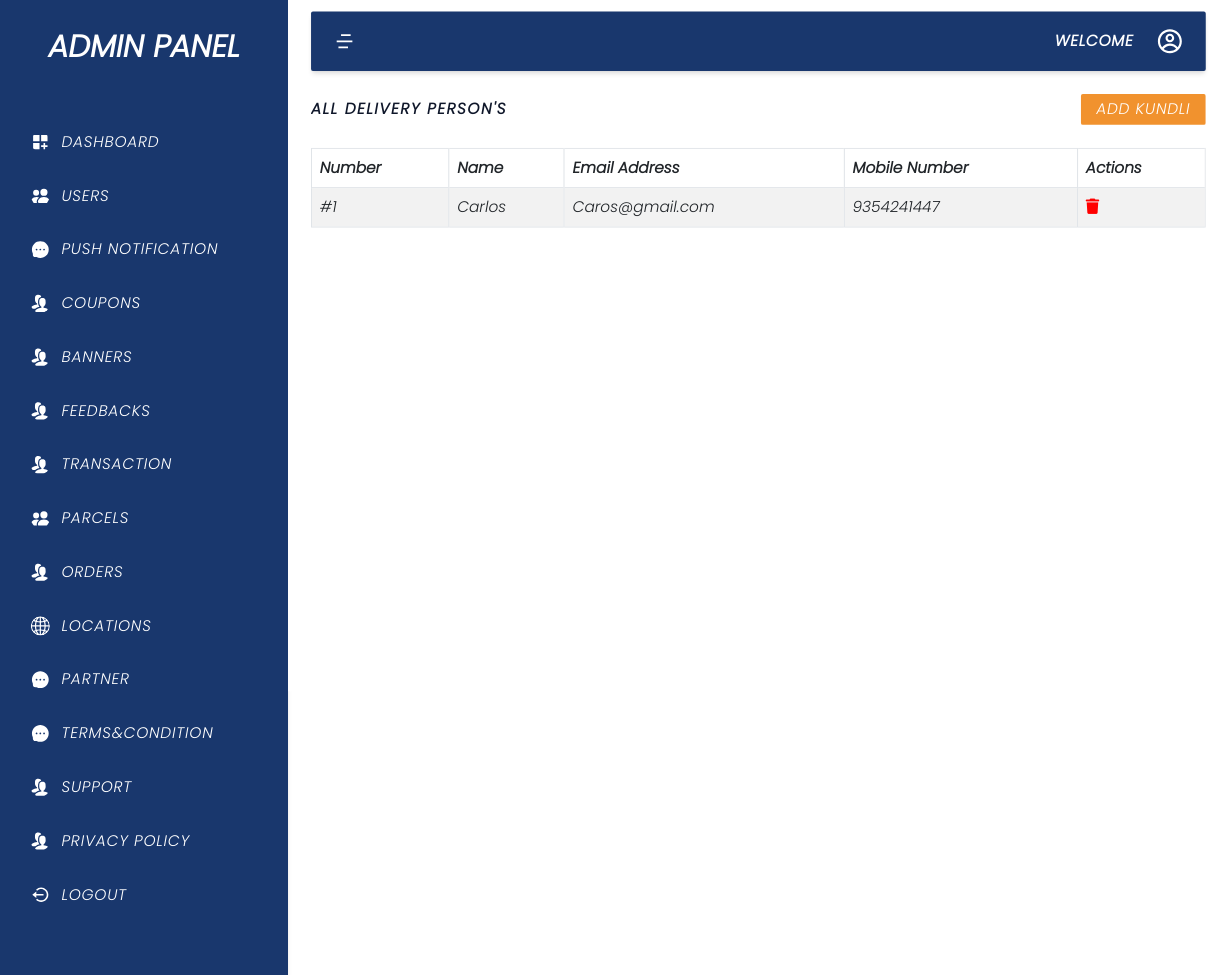
Repository: FlyweisReact/sarita
Page: /kundli
The author's editor kept a copy of each file at every save. The page is drawn from the files as they stood at one save, then again after a run of saves.
The browser window is 1280 px wide. The pictures show the whole page, at 96% of full size.
Some web libraries are served in a nearby version. The project was rebuilt for these pictures with package versions that can differ from the ones it lists, and the page was loaded fresh each time. Also part of the build but not shown: src/vendorPanel/forms/VendorLogin.jsx, src/vendorPanel/pages/AdminDiscount.js, src/vendorPanel/pages/AdminReview.js, src/vendorPanel/pages/Astrologers.js, src/vendorPanel/pages/Banners.js, src/vendorPanel/pages/Booking.js, src/vendorPanel/pages/Horoscope.js, src/vendorPanel/pages/Message.js and 8 more.

Above is the page before, as saved 2023-04-19 13:13:35.

### public/index.html
<!-- @format -->

<!DOCTYPE html>
<html lang="en">
  <head>
    <meta charset="utf-8" />
    <meta name="viewport" content="width=device-width, initial-scale=1" />
    <meta name="theme-color" content="#000000" />
    <meta
      name="description"
      content="Web site created using create-react-app"
    />
    <link rel="apple-touch-icon" href="%PUBLIC_URL%/favicon.ico?v=2" />
    <link rel="manifest" href="%PUBLIC_URL%/manifest.json" />
    <link rel="preconnect" href="https://fonts.googleapis.com">
<link rel="preconnect" href="https://fonts.gstatic.com" crossorigin>
<link href="https://fonts.googleapis.com/css2?family=Roboto+Mono:ital,wght@1,300&display=swap" rel="stylesheet">
    <title>Ship24*7</title>
  </head>
  <body>
    <noscript>You need to enable JavaScript to run this app.</noscript>
    <div id="root"></div>
    <script src="https://code.jquery.com/jquery-3.6.0.min.js"></script>
    <script src="https://kit.fontawesome.com/b533b351e4.js" crossorigin="anonymous"></script>
  </body>
</html>

### src/index.js
import React from "react";
import ReactDOM from "react-dom/client";
import "./index.css";
import App from "./App";
import { BrowserRouter } from "react-router-dom";
import 'bootstrap/dist/css/bootstrap.min.css'

const root = ReactDOM.createRoot(document.getElementById("root"));
root.render(
  <React.StrictMode>
    <BrowserRouter>
      <App />
    </BrowserRouter>
  </React.StrictMode>
);

### src/index.css
/** @format */

@tailwind base;
@tailwind components;
@tailwind utilities;
@import url("https://fonts.googleapis.com/css2?family=Roboto+Mono:ital,wght@1,300&display=swap");
@font-face {
  font-family: Roboto;
  src: url("./Fonts/Poppins-LightItalic.ttf");
}
body {
  margin: 0;
  font-family: Roboto !important;
  -webkit-font-smoothing: antialiased;
  -moz-osx-font-smoothing: grayscale;
}

code {
  font-family: Roboto !important;
}

html {
  font-family: Roboto !important;
}

::-webkit-scrollbar {
  width: 10px;
}
.fa-trash {
  color: red;
  cursor: pointer;
}

.iCOn {

  transition: 0.5s;
  box-shadow: none;
  transform: scale(1);
}
.cardDiv{
  cursor: pointer;
}

.cardDiv:hover .iCOn{
  box-shadow: rgba(0, 0, 0, 0.35) 0px 5px 15px;
  transform: scale(1.3);
}

/* Track */
::-webkit-scrollbar-track {
  background: #f1f1f1;
}

/* Handle */
::-webkit-scrollbar-thumb {
  background: #888;
}

/* Handle on hover */
::-webkit-scrollbar-thumb:hover {
  background: #555;
}
.profileImage {
  width: 100px;
}
.fa-eye {
  color: #029aff;
  cursor: pointer;
}
.fa-edit {
  cursor: pointer;
  color: blue;
}

.View {
  border: 1px solid black;
  width: 100%;
  padding: 10px;
}

.main-card--container {
  display: grid;
  grid-template-columns: repeat(3, minmax(300px, 500px));
  grid-gap: 50px;
  justify-content: space-around;
}
.card-container {
  margin: 25px 0 auto;
  box-shadow: rgba(0, 0, 0, 0.35) 0px 5px 15px;
  position: relative;
  display: grid;
  grid-template-columns: 1fr;
  justify-content: space-around;
  align-items: flex-start;
}

.myEdit:focus {
  box-shadow: rgba(0, 0, 0, 0.35) 0px 5px 15px;
}



.AstroLogin{
  color: #fff;
  background-color: #2b7a8e;
  padding: 10px;
  width: 380px;
  text-align: center;
  font-size: 20px;
  background: linear-gradient(to left, #2b7a8e 50%, #fff 50%) right;
  background-size: 200%;
  transition: 0.5s ease-out;
  border: 1px solid #2b7a8e;
  margin-top: 10px;
  text-transform: uppercase;
}
.AstroLogin:hover {
  background-position: left;
  color: #2b7a8e;
}

.EcommerceAdminLogin{
  color: #fff;
  background-color: #19376d ;
  padding: 10px;
  width: 380px;
  text-align: center;
  font-size: 20px;
  background: linear-gradient(to left, #19376d 50%, #fff 50%) right;
  background-size: 200%;
  transition: 0.5s ease-out;
  border: 1px solid #19376d;
  margin-top: 10px;
  text-transform: uppercase;
}

.EcommerceAdminLogin:hover{
  background-position: left;
  color: #19376d;
}
.EcommerceVendorLogin{
  color: #fff;
  background-color: #576cbc;
  padding: 10px;
  width: 380px;
  text-align: center;
  font-size: 20px;
  background: linear-gradient(to left, #576cbc 50%, #fff 50%) right;
  background-size: 200%;
  transition: 0.5s ease-out;
  border: 1px solid #576cbc;
  margin-top: 10px;
  text-transform: uppercase;
}

.EcommerceVendorLogin:hover{
  background-position: left;
  color: #576cbc;
}

.view{
  background-color: #2196f3;
  color: #fff;
  width: 50%;
  padding: 5px;
}


.two-sec{
display:flex;
justify-content: space-evenly;
  justify-content: space-evenly;
}
.two-sec .left{
  width: 60%;
  background-color: #f6f1ef;
  padding: 20px;
 }
 .two-sec .left .head{
  font-size: 25px;
  font-weight: bold;
 }



.two-sec .right{
  width: 30%;
  background-color: #f6f1ef;
 }

 .searchDiv{
  width: 100%;
  display: flex;
  gap: 10px;
  border: 1px solid rgb(179, 179, 179);
  padding: 10px;
  margin-bottom: 20px;
  align-items: center;
 }
 .searchDiv input {
  width: 94%;
  outline: none;
  border: none;
 }

### src/App.js
/** @format */

import { Routes, Route } from "react-router-dom";
import { ToastContainer } from "react-toastify";
import "react-toastify/dist/ReactToastify.css";
import VendorLogin from "./vendorPanel/forms/VendorLogin";
import AdminDiscount from "./vendorPanel/pages/AdminDiscount";
import AdminReview from "./vendorPanel/pages/AdminReview";
import Astrologers from "./vendorPanel/pages/Astrologers";
import Banners from "./vendorPanel/pages/Banners";
import Booking from "./vendorPanel/pages/Booking";
import Horoscope from "./vendorPanel/pages/Horoscope";
import Kundli from "./vendorPanel/pages/Kundli";
import Message from "./vendorPanel/pages/Message";
import UploadDocs from "./vendorPanel/pages/UploadDocs";
import Users from "./vendorPanel/pages/Users";
import VendorDashboard from "./vendorPanel/pages/VendorDashboard.jsx";
import AdminUsers from "./vendorPanel/pages/AdminUsers";
import AdminBlogs from "./vendorPanel/pages/AdminBlogs";
import AdminCategory from "./vendorPanel/pages/AdminCategory";
import Support from "./vendorPanel/pages/Support";
import AdminTerms from "./vendorPanel/pages/AdminTerms";

function App() {
  return (
    <>
      <ToastContainer />

      <Routes>
        <Route path="/" element={<VendorLogin />} />
        <Route path="/vendorDashboard" element={<VendorDashboard />} />
        <Route path="/msg" element={<Message />} />
        <Route path="/admin/users" element={<AdminUsers />} />
        <Route path="/AdminDiscount" element={<AdminDiscount />} />
        <Route path="/Banners" element={<Banners />} />
        <Route path="/adminReviews" element={<AdminReview />} />

        <Route path="/admin/blogs" element={<AdminBlogs />} />
        <Route path="/book" element={<Booking />} />

        <Route path="/horo" element={<Horoscope />} />
        <Route path="/astro" element={<Astrologers />} />
        <Route path="/kundli" element={<Kundli />} />



        <Route path="/uploadDocs" element={<UploadDocs />} />
        <Route path="/privacy-policy" element={<Users />} />
        <Route path="/admin/category" element={<AdminCategory />} />
        <Route path="/admin/support" element={<Support />} />
        <Route path="/admin/terms" element={<AdminTerms />} />

      </Routes>
    </>
  );
}

export default App;

### src/vendorPanel/pages/Kundli.js
/** @format */

import React, { useState } from "react";
import { Table, Modal, Form, Button } from "react-bootstrap";
import { toast } from "react-toastify";
import HOC from "../layout/HOC";

const Kundli = () => {
  const [modalShow, setModalShow] = React.useState(false);

  const [open, setOpen] = useState(false);

  function MyVerticallyCenteredModal(props) {
    return (
      <Modal
        {...props}
        size="lg"
        aria-labelledby="contained-modal-title-vcenter"
        centered
      >
        <Modal.Header closeButton>
          <Modal.Title id="contained-modal-title-vcenter">
            Add Kundli
          </Modal.Title>
        </Modal.Header>
        <Modal.Body>
          <Form>
            <Form.Select aria-label="Default select example" className="mb-3">
              <option>Open to select user</option>
              <option value="">User</option>
              <option value="">User2</option>
            </Form.Select>

            <Form.Group className="mb-3">
              <Form.Label>Kundli</Form.Label>
              <Form.Control type="file" required />
            </Form.Group>

            <Button variant="outline-success" type="submit">
              Submit
            </Button>
          </Form>
        </Modal.Body>
      </Modal>
    );
  }

  function ViewDocument(props) {
    return (
      <Modal
        {...props}
        aria-labelledby="contained-modal-title-vcenter"
        centered
      >
        <Modal.Header closeButton style={{ borderBottom: "0" }}></Modal.Header>
        <Modal.Body>
          <img
            src={"https://www.astrosage.com/kundli/images/kundali.jpg"}
            alt=""
            style={{ width: "100%" }}
          />
        </Modal.Body>
      </Modal>
    );
  }

  return (
    <>
      <MyVerticallyCenteredModal
        show={modalShow}
        onHide={() => setModalShow(false)}
      />
      <ViewDocument show={open} onHide={() => setOpen(false)} />

      <section>
        <div className="pb-4 sticky top-0  w-full flex justify-between items-center bg-white">
          <span className="tracking-widest text-slate-900 font-semibold uppercase ">
            All Delivery Person's
          </span>
          <button
            onClick={() => {
              setModalShow(true);
            }}
            className="md:py-2 px-3 md:px-4 py-1 rounded-sm bg-[rgb(241,146,46)] text-white tracking-wider uppercase"
          >
            Add Kundli
          </button>
        </div>

        <Table striped bordered hover>
          <thead>
            <tr>
              <th>Number</th>
              <th>Name</th>
              <th>Email Address</th>
              <th> Mobile Number   </th>
              <th>Actions</th>
            </tr>
          </thead>
          <tbody>
            <tr>
              <td>#1</td>
              <td>Carlos</td>
              <td>Caros@gmail.com</td>
              <td>9354241447</td>

              <td>
                <i className="fa-solid fa-trash" />
              </td>
            </tr>
          </tbody>
        </Table>
      </section>
    </>
  );
};

export default HOC(Kundli);

### src/vendorPanel/layout/HOC.jsx
import React, { useState } from "react";
import Navbar from "./Navbar";
import Sidebar from "./Sidebar";

const HOC = (Wcomponenet) => {
  return function Component() {
    const [hamb, setHamb] = useState(false);
    return (
      <>
        <section className="flex overflow-x-hidden relative">
          {/* Sidebar */}
          <div
            className={
              hamb
                ? " absolute top-0 z-30 md:w-auto shadow-md bg-slate-200  w-60 transition-all md:-left-full left duration-150  h-auto overflow-y-auto  left-0 "
                : " md:w-72 z-30 bg-slate-200  shadow-md  md:static absolute top-0 -left-full   transition-all duration-150  overflow-y-auto h-auto"
            }
            style={{minWidth : '300px'}}
          >
            <Sidebar hamb={hamb} setHamb={setHamb} />
          </div>
          {/* Components & Navbar */}
          <div
            className={
              hamb
                ? " transition-all px-4 py-2  bg-white duration-150 w-full h-screen"
                : " w-full h-screen  px-4 py-2  bg-white z-50 transition-all duration-150 "
            }
          >
            <Navbar hamb={hamb} setHamb={setHamb} />
            <div className="my-6 text-#000 h-[87%] wcomp overflow-y-auto">
              <Wcomponenet />
            </div>
          </div>
        </section>
      </>
    );
  };
};

export default HOC;

### src/vendorPanel/layout/Navbar.jsx
/** @format */

import { RiMenu4Line } from "react-icons/ri";
import { CgProfile } from "react-icons/cg";
import Form from "react-bootstrap/Form";
import { useState } from "react";
import Button from "react-bootstrap/Button";
import Modal from "react-bootstrap/Modal";
import Container from "react-bootstrap/Container";

function MyVerticallyCenteredModal(props) {
  return (
    <Modal
      {...props}
      size="lg"
      aria-labelledby="contained-modal-title-vcenter"
      centered
    >
      <Modal.Header closeButton>
        <Modal.Title id="contained-modal-title-vcenter">
          Edit Profile
        </Modal.Title>
      </Modal.Header>
      <Modal.Body>
        <Container style={{ width: "600px" }}>
          <Form>
            <Form.Group className="mb-3" controlId="formBasicEmail">
              <Form.Label>Name</Form.Label>
              <Form.Control type="text" placeholder="Admin" />
            </Form.Group>
            <Form.Group className="mb-3" controlId="formBasicPassword">
              <Form.Label>Email Address</Form.Label>
              <Form.Control type="email" placeholder="admin@gmail.com" />
            </Form.Group>
            <Form.Group className="mb-3" controlId="formBasicPassword">
              <Form.Label>Password</Form.Label>
              <Form.Control type="password" placeholder="Password" />
            </Form.Group>
            <Button
              style={{ backgroundColor: "#19376d", borderRadius: "0" }}
              type="submit"
            >
              Edit
            </Button>
          </Form>
        </Container>
      </Modal.Body>
    </Modal>
  );
}

const Navbar = ({ hamb, setHamb }) => {
  const [modalShow, setModalShow] = useState(false);

  return (
    <>
      <MyVerticallyCenteredModal
        show={modalShow}
        onHide={() => setModalShow(false)}
      />

      <div
        className={
          hamb
            ? "flex  w-full justify-between  my-1 rounded-sm  p-4 py-3 shadow-md items-center  bg-slate-200 space-x-4"
            : "flex  w-full justify-between my-1 rounded-sm  p-4 py-3 shadow-md items-center  bg-slate-200 space-x-4"
        }
        style={{ backgroundColor: "#19376d" }}
      >
        <RiMenu4Line
          onClick={() => setHamb(!hamb)}
          className="text-2xl font-bold text-gray-900 hover:scale-90 cursor-pointer"
          style={{ color: "#fff" }}
        />

        <section className="flex sm:ml-auto justify-end sm:w-full items-center space-x-2  pr-2">
          <figcaption className="tracking-wider pl-1 font-semibold">
            <div
              className="lg:text-base text-sm text-gray-900  uppercase"
              style={{ color: "#fff" }}
            >
              Welcome
            </div>
          </figcaption>
        </section>

        <CgProfile
          onClick={() => setModalShow(true)}
          className="text-2xl sm:text-3xl font-bold text-[rgb(241,146,46)] cursor-pointer"
          style={{ color: "#fff" }}
        />
      </div>
    </>
  );
};

export default Navbar;

### src/vendorPanel/layout/Sidebar.jsx
/** @format */

import React from "react";
import { RiCloseLine } from "react-icons/ri";
import { Link, useNavigate } from "react-router-dom";
import { BsFillPeopleFill } from "react-icons/bs";
import { ImUsers } from "react-icons/im";
import { BiLogOutCircle } from "react-icons/bi";
import { MdDashboardCustomize } from "react-icons/md";
import { BsGlobe2 } from "react-icons/bs";
import { AiFillMessage } from "react-icons/ai";

const Sidebar = ({ hamb, setHamb }) => {
  const navigate = useNavigate();

  const nav = [
    {
      icon: <MdDashboardCustomize className="text-xl mr-3 rounded-full " />,
      link: "/vendorDashboard",
      name: "DASHBOARD",
    },
    {
      icon: <BsFillPeopleFill className="text-xl mr-3 rounded-full " />,
      link: "/admin/users",
      name: "USERS",
    },
    {
      icon: <AiFillMessage className="text-xl mr-3 rounded-full " />,
      link: "/msg",
      name: "Push NOTIFICATION",
    },
    {
      icon: <ImUsers className="text-xl mr-3 rounded-full " />,
      link: "/AdminDiscount",
      name: "COUPONS",
    },
    {
      icon: <ImUsers className="text-xl mr-3 rounded-full " />,
      link: "/Banners",
      name: "BANNERS",
    },
    {
      icon: <ImUsers className="text-xl mr-3 rounded-full " />,
      link: "/adminReviews",
      name: "FEEDBACKS",
    },
    {
      icon: <ImUsers className="text-xl mr-3 rounded-full " />,
      link: "/admin/blogs",
      name: "Transaction",
    },
    {
      icon: <BsFillPeopleFill className="text-xl mr-3 rounded-full " />,
      link: "/astro",
      name: "Parcels",
    },

    {
      icon: <ImUsers className="text-xl mr-3 rounded-full " />,
      link: "/book",
      name: "Orders",
    },



    {
      icon: <BsGlobe2 className="text-xl mr-3 rounded-full " />,
      link: "/horo",
      name: "Locations",
    },
    {
      icon: <AiFillMessage className="text-xl mr-3 rounded-full " />,
      link: "/kundli",
      name: "Partner",
    },









    {
      icon: <AiFillMessage className="text-xl mr-3 rounded-full " />,
      link: "/admin/terms",
      name: "TERMS&CONDITION",
    },
    {
      icon: <ImUsers className="text-xl mr-3 rounded-full " />,
      link: "/admin/support",
      name: "SUPPORT",
    },
    {
      icon: <ImUsers className="text-xl mr-3 rounded-full " />,
      link: "/privacy-policy",
      name: "PRIVACY POLICY",
    },

  ];

  const logOut = () => {
    navigate("/");
  };

  return (
    <>
      <aside
        className="p-4 h-auto"
        style={{ backgroundColor: "#19376d", minHeight: "100vh" }}
      >
        {/* Top */}
        <div className="w-full md:hidden relative  p-2 mb-4">
          <RiCloseLine
            onClick={() => setHamb(!hamb)}
            className="text-3xl  absolute top-2 sm:hover:rotate-[228deg] transition-transform font-bold right-2 sm:hover:text-[22px] text-[rgb(241,146,46)] cursor-pointer"
          />
        </div>{" "}
        <figure className="flex  flex-col items-center">
          <span className="font-bold text-[#fff]" style={{ fontSize: "2rem"  , textAlign : 'center'}}>
            ADMIN PANEL
          </span>
        </figure>
        <nav className="py-6">
          {nav.map((nav) => {
            return (
              <Link
                to={nav.link}
                key={nav.name}
                className=""
                style={{ textDecoration: "none"  , textTransform : 'uppercase'}}
              >
                <span
                  className="flex my-3 items-center cursor-pointer text-gray-900    tracking-wider p-2 rounded-sm"
                  style={{ color: "#fff" }}
                >
                  {nav.icon} {nav.name}
                </span>
              </Link>
            );
          })}
          <span
            className="flex my-3 items-center cursor-pointer text-gray-900    tracking-wider p-2 rounded-sm"
            onClick={() => logOut()}
            style={{ color: "#fff", textTransform : 'uppercase' }}
          >
            <BiLogOutCircle className="text-xl mr-3 rounded-full " /> LogOut
          </span>
        </nav>
      </aside>
    </>
  );
};

export default Sidebar;

Loaded but not shown: tailwind.config.js (common file)

After the next 2 saves:
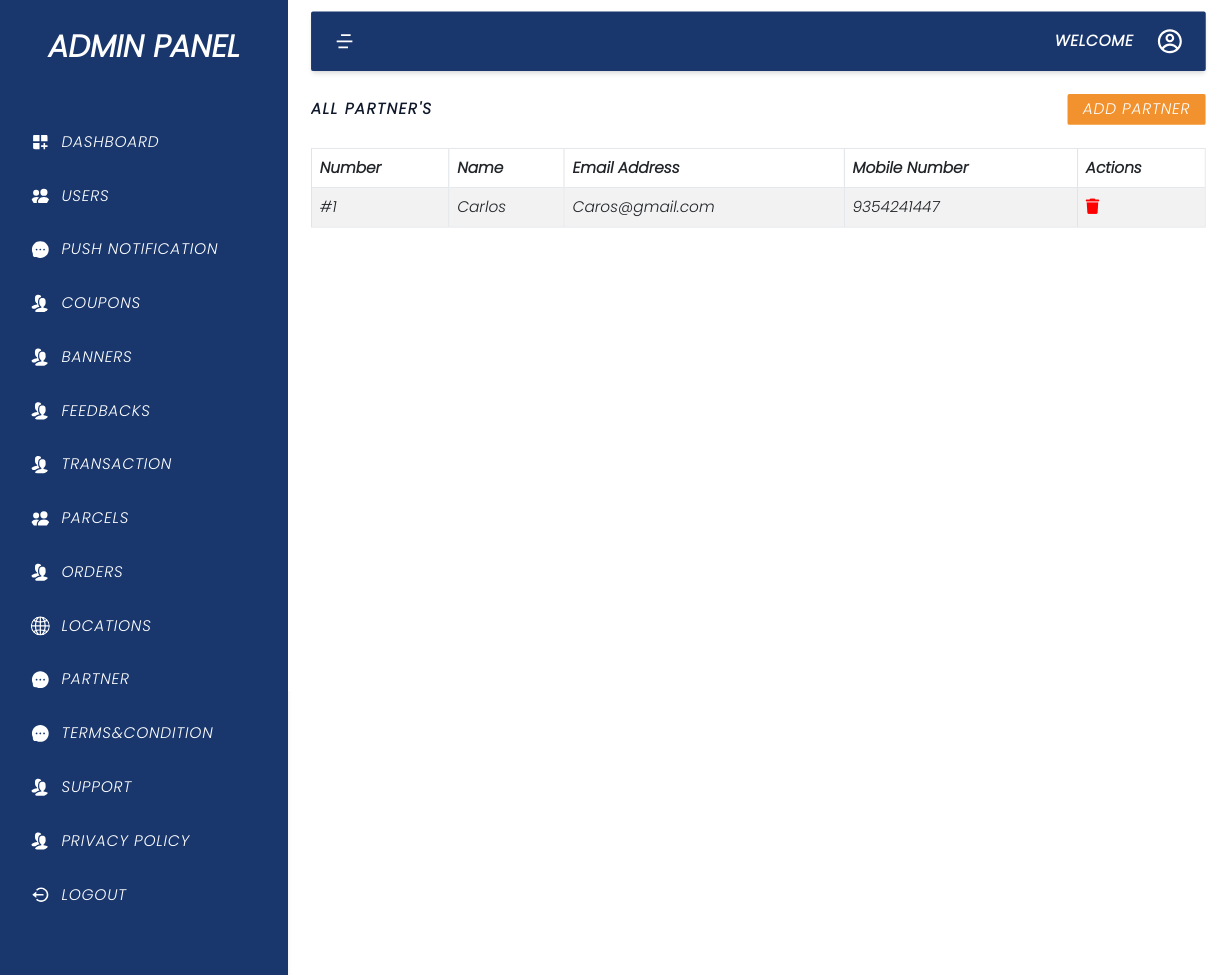
The 2 saves are shown as one change because they came seconds apart.
The last was saved 9 s later.
--- a/src/vendorPanel/pages/Kundli.js
+++ b/src/vendorPanel/pages/Kundli.js
@@ -75,7 +75,7 @@ const Kundli = () => {
       <section>
         <div className="pb-4 sticky top-0  w-full flex justify-between items-center bg-white">
           <span className="tracking-widest text-slate-900 font-semibold uppercase ">
-            All Delivery Person's
+            All Partner's
           </span>
           <button
             onClick={() => {
@@ -83,7 +83,7 @@ const Kundli = () => {
             }}
             className="md:py-2 px-3 md:px-4 py-1 rounded-sm bg-[rgb(241,146,46)] text-white tracking-wider uppercase"
           >
-            Add Kundli
+            Add partner
           </button>
         </div>
 
